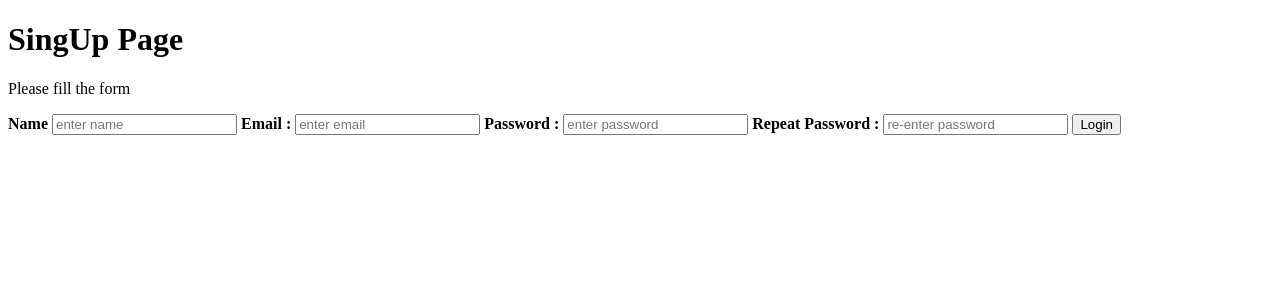
Repository: Altafalinadaf/SimpleProjects
Page: servletDemo10/src/main/webapp/index10.html
An editor plug-in stored every save of this project. The page is shown before and after the next save, followed by the edit.
The browser window is 1280 px wide. The pictures show the whole page.

Above is the page before, as saved 2023-10-31 18:24:43.

After the next save:
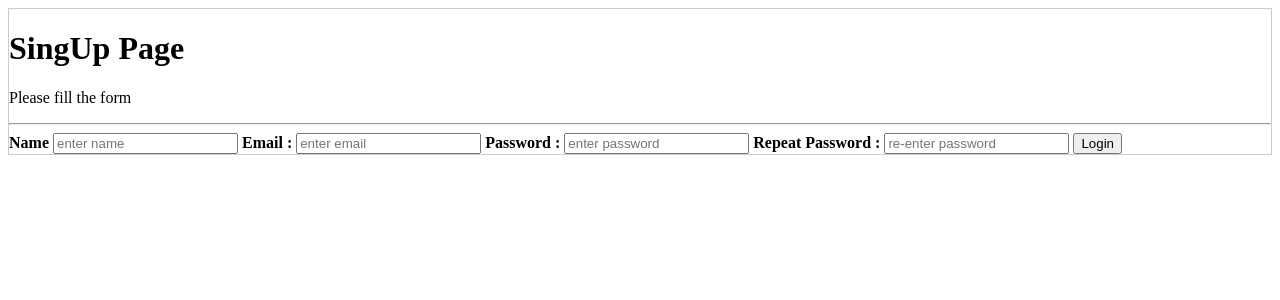
Saved 2 min 39 s later.
--- a/servletDemo10/src/main/webapp/index10.html
+++ b/servletDemo10/src/main/webapp/index10.html
@@ -7,27 +7,25 @@
 </head>
 
 <body>
-	<form action="login" method="post">
+	<form action="login" method="post" style="border:1px solid #ccc">
 		<div class="container">
 			<h1>SingUp Page </h1>
 			<p>Please fill the form </p>
+			<hr>
+			<label for="name"><b>Name </b> <label>
+					<input type="text" name="name" placeholder="enter name" required />
 
-			<field set>
+					<label for="email"><b>Email :</b> </label>
+					<input type="text" name="email" placeholder="enter email" required />
 
-				<label for="name"><b>Name </b> <label>
-						<input type="text" name="name" placeholder="enter name" required />
+					<label for="password"><b>Password :</b></label>
+					<input type="password" name="pass" placeholder="enter password" required />
 
-						<label for="email"><b>Email :</b> </label>
-						<input type="text" name="email" placeholder="enter email" required />
+					<label for="password"><b>Repeat Password : </b></label>
+					<input type="password" name="pass2" placeholder="re-enter password" required />
 
-						<label for="password"><b>Password :</b></label>
-						<input type="password" name="pass" placeholder="enter password" required />
+					<input type="submit" value="Login" />
 
-						<label for="password"><b>Repeat Password : </b></label>
-						<input type="password" name="pass2" placeholder="re-enter password" required />
-
-						<input type="submit" value="Login" />
-			</field>
 	</form>
 
 </body>
